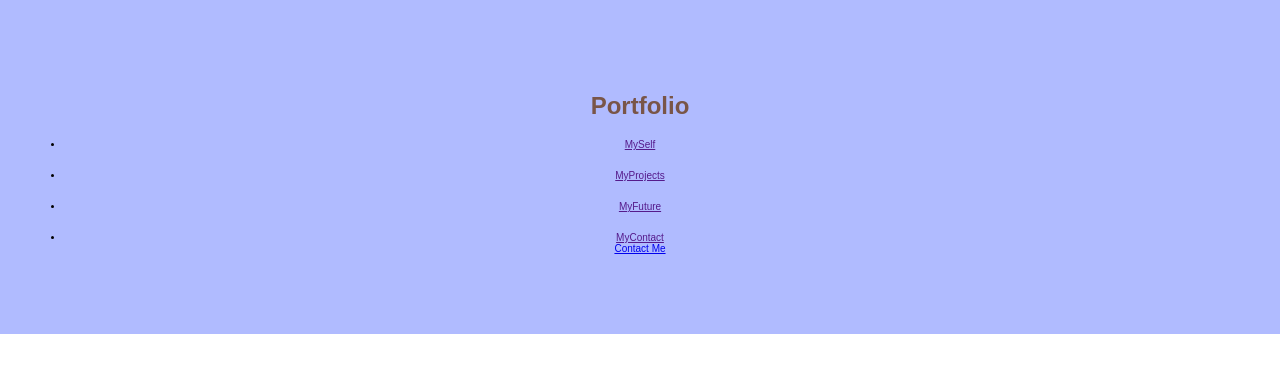
Repository: ChristianGecchelin/PortfolioOnline
Page: index.html
These files come from the project's save history. The page is drawn as it stood at one moment and after the next save; the edit follows.
The browser window is 1280 px wide. The pictures show the whole page.

Above is the page before, as saved 2022-01-08 14:46:22.

### index.html
<!DOCTYPE html>
<html lang="en">
  <head>
    <meta charset="UTF-8" />
    <meta http-equiv="X-UA-Compatible" content="IE=edge" />
    <meta name="viewport" content="width=device-width, initial-scale=1.0" />
    <title>Portfolio Christian</title>
    <link rel="stylesheet" href="./styles/styles.css" />
  </head>
  <body>
    <header>
      <nav>
        <h1>Portfolio</h1>
        <ul class="list-container">
          <li class="list-container-link">
            <a class="" href="">MySelf</a>
          </li>
          <li class="list-container-link">
            <a class="" href="">MyProjects</a>
          </li>
          <li class="list-container-link">
            <a class="" href="">MyFuture</a>
          </li>
          <li class="list-container-link">
            <a class="" href="">MyContact</a>
          </li>
        </ul>
        <a class="header--nav-button" href="#MyContact">
          Contact Me<span></span
        ></a>
      </nav>
      <main class="principalContainer">
        <section class="principalContainer-mySelf"></section>
        <div class="principalContainer-mySelf--information"></div>
        <div class="principalContainer-mySelf--image"></div>
        <section class="principalContainer-myProject"></section>
        <section class="principalContainer-myFuture"></section>
        <section class="principalContainer-myContact"></section>
      </main>
    </header>
  </body>
</html>

### styles/styles.css
:root {
  --strong-orange: #f7931a;
  --soft-orange: #ffe9d5;
  --secondary-blue: #1a9af7;
  --soft-blue: #e7f5ff;
  --warm-black: #201e1c;
  --black: #282623;
  --grey: #bababa;
  --off-white: #faf8f7;
  --just-white: #fff;
  --light-violet: #b0bbff;
  --strong-violet: #5764b3;
  --skin-color: #ffecb0;
  --yellow-skin-color: #fff3c9;
  --almost-brown: #b3a169;
}
* {
  box-sizing: border-box;
  margin: 0;
  padding: 0;
}
html {
  font-size: 62.5%;
  font-family: "DM Sans", sans-serif;
}
header {
  display: flex;
  flex-direction: column;
  justify-content: center;
  height: 334px;
  background: var(--light-violet);
  text-align: center;
}
header nav {
  flex-direction: column;
  justify-content: center;
  width: 90%;
  min-width: 288px;
  height: 218px;
  align-self: center;
  text-align: center;
  margin-top: 70px;
}
header nav h1 {
  font-size: 2.4rem;
  font-weight: 700;
  line-height: 2.6rem;
  color: #795548;
}
header nav a {
  margin-top: 20px;
}
header nav .list-container-link {
  margin-top: 20px;
}

After the next save:
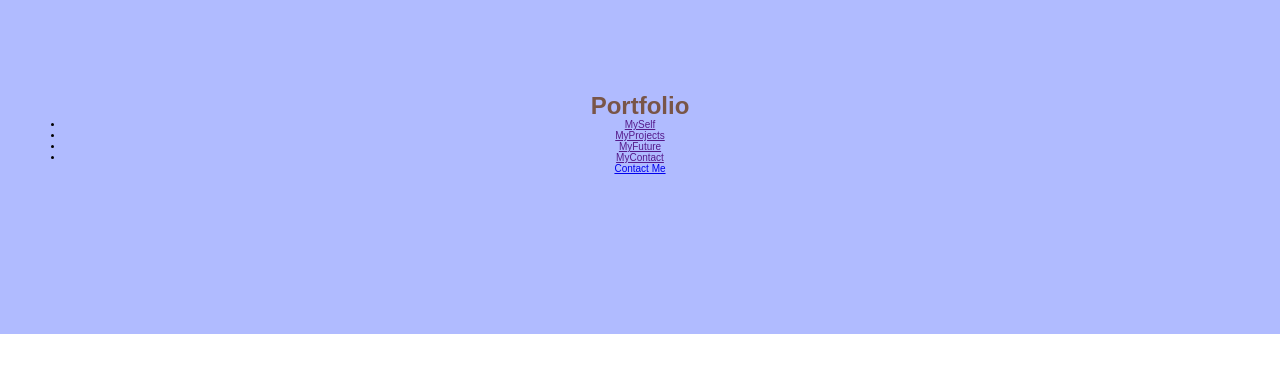
Saved 5 s later.
--- a/styles/styles.css
+++ b/styles/styles.css
@@ -51,5 +51,5 @@
   margin-top: 20px;
 }
 header nav .list-container-link {
-  margin-top: 20px;
+  margin-top: ;
 }

After the 2 saves that followed:
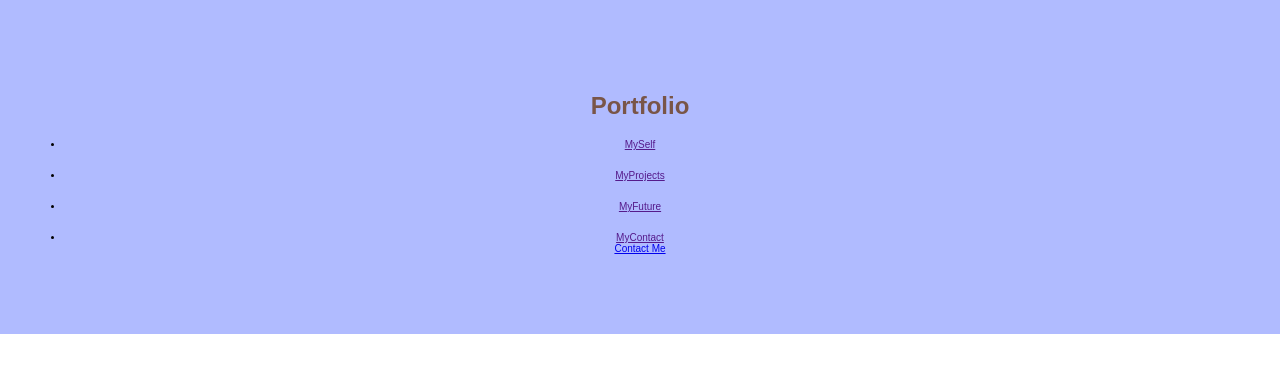
The 2 saves are shown as one change because 1 left the picture as it was.
The last was saved 62 s later.
--- a/styles/styles.css
+++ b/styles/styles.css
@@ -47,9 +47,7 @@
   line-height: 2.6rem;
   color: #795548;
 }
-header nav a {
+
+header nav .list-container-link {
   margin-top: 20px;
 }
-header nav .list-container-link {
-  margin-top: ;
-}
